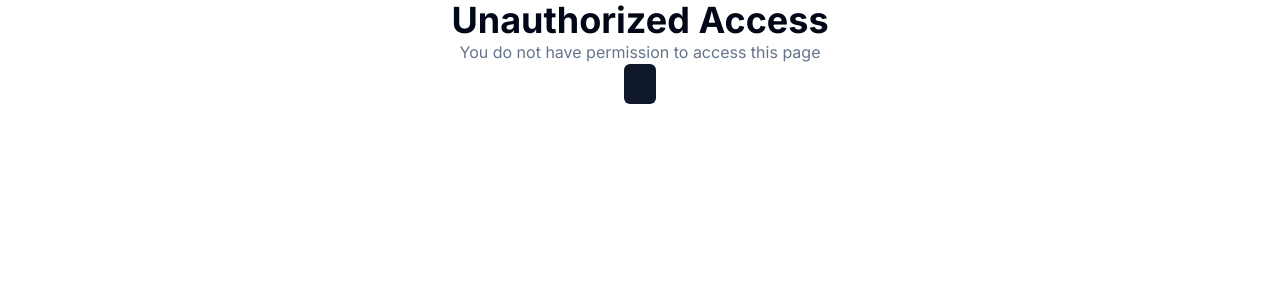
Repository: Steven4cai/Adwork
Page: /unauthorized
These files come from the project's save history. The page is drawn as it stood at one moment and after the next save; the edit follows.
The browser window is 1280 px wide. The pictures show the whole page.
The page's requests for data from a server got no answer. The project was rebuilt for these pictures with package versions that can differ from the ones it lists, and the page was loaded fresh each time. The framework's server and built-in components were replaced by stand-ins that run in the browser. No one was signed in, and anything a server would have sent is missing. Also part of the build but not shown: next.config.ts.

Above is the page before, as saved 2025-02-22 16:05:31.

After the next save:
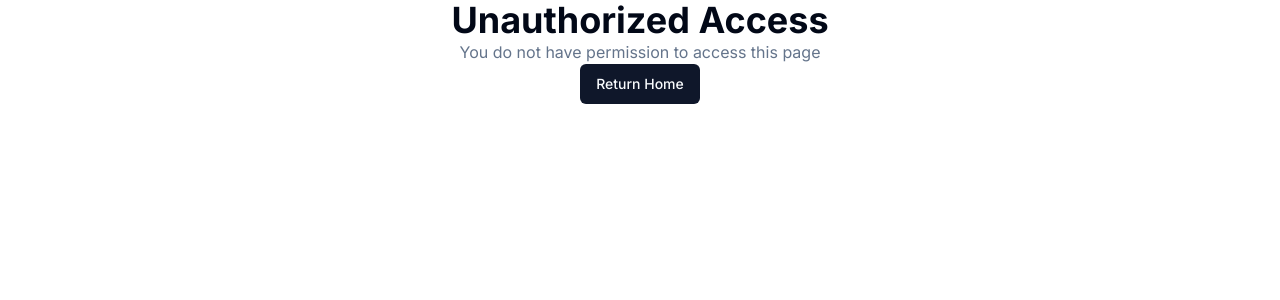
Saved 8 s later.
--- a/app/unauthorized/page.tsx
+++ b/app/unauthorized/page.tsx
@@ -15,7 +15,7 @@ const Unauthorized = () =>{
                 You do not have permission to access this page
             </p>
             <Button asChild>
-                <Link href='/'></Link>
+                <Link href='/'>Return Home</Link>
             </Button>
         </div>
 
